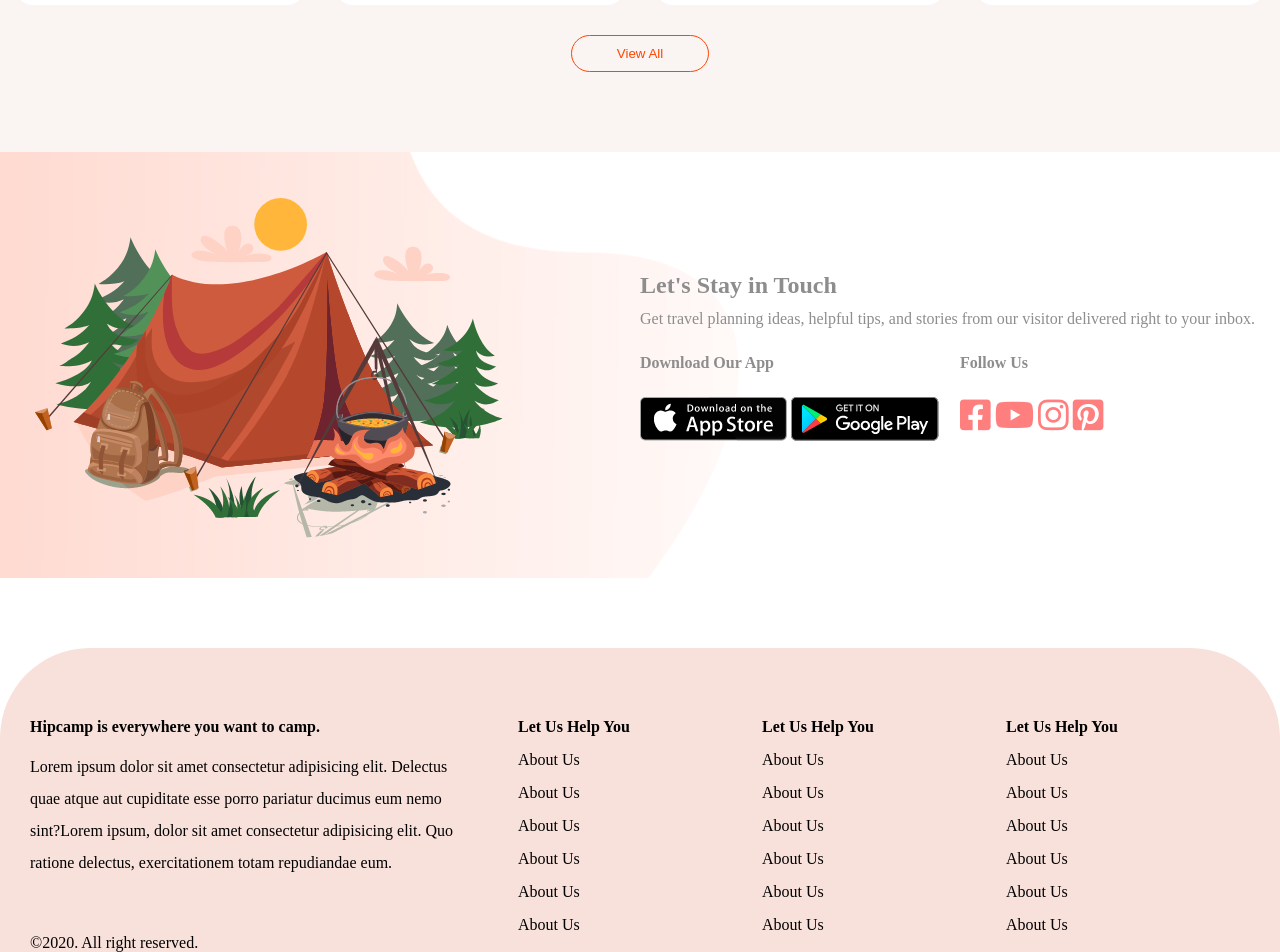
Repository: giahuy405/BC38_Camping_Pham_Gia_Huy
Page: index.html
The author's editor kept a copy of each file at every save. The page is drawn from the files as they stood at one save, then again after the next save.
The browser window is 1280 px wide. The pictures show the part of the page from y = 1283 to 2235 px (the page is 2235 px tall).

Above is the page before, as saved 2022-09-13 19:54:49.

### index.html
<!DOCTYPE html>
<html lang="en">
<head>
    <meta charset="UTF-8">
    <meta http-equiv="X-UA-Compatible" content="IE=edge">
    <meta name="viewport" content="width=device-width, initial-scale=1.0">
    <title>Document</title>
    <link rel="stylesheet" href="https://cdnjs.cloudflare.com/ajax/libs/font-awesome/6.2.0/css/all.min.css" integrity="sha512-xh6O/CkQoPOWDdYTDqeRdPCVd1SpvCA9XXcUnZS2FmJNp1coAFzvtCN9BmamE+4aHK8yyUHUSCcJHgXloTyT2A==" crossorigin="anonymous" referrerpolicy="no-referrer" />
    <link rel="stylesheet" href="./css/index.css">
</head>
<body>
    <header>
       <div class="header__items">
            <img src="./img/logoicon.png" alt="">
            <nav>
                <ul>
                    <li><a href="#">Home</a></li>
                    <li><a href="#">Services</a></li>
                    <li><a href="#">Destination</a></li>
                    <li><a href="#">Events</a></li>
                    <li><a href="#">Gallery</a></li>
                    <li><a href="#">Contact us</a></li>
                </ul>
            </nav>
       </div>
    </header>
    <section class="carousel">
        <img src="./img/BG.png" alt="">
    </section>
    <section class="service">
        <img src="./img/Group 313.png" alt="">
        <h1>Explore Destination & Activities</h1>
        <div class="service__cards">
            <div class="service__card">
                <div class="service__item">
                    <img src="./img/product1.png" alt="">
                    <h3>Trickle Creek Ranch</h3>
                    <p>Book unique camping experiences on over 300,000 campsites</p>
                    <button>Read More</button>
                </div>
                <div class="service__heart">
                    <i class="fa fa-heart"></i>
                </div>
            </div>
            <div class="service__card">
                <div class="service__item">
                    <img src="./img/product4.png" alt="">
                    <h3>Trickle Creek Ranch</h3>
                    <p>Book unique camping experiences on over 300,000 campsites</p>
                    <button>Read More</button>
                </div>
                <div class="service__heart">
                    <i class="fa fa-heart"></i>
                </div>
            </div>
            <div class="service__card">
                <div class="service__item">
                    <img src="./img/product5.png" alt="">
                    <h3>Trickle Creek Ranch</h3>
                    <p>Book unique camping experiences on over 300,000 campsites</p>
                    <button>Read More</button>
                </div>
                <div class="service__heart">
                    <i class="fa fa-heart"></i>
                </div>
            </div>
            <div class="service__card">
                <div class="service__item">
                    <img src="./img/product1.png" alt="">
                    <h3>Trickle Creek Ranch</h3>
                    <p>Book unique camping experiences on over 300,000 campsites</p>
                    <button>Read More</button>
                </div>
                <div class="service__heart">
                    <i class="fa fa-heart"></i>
                </div>
            </div>
            <div class="clear"></div>
        </div>
        <button class="service__final-button">View All</button>
    </section>
    <div class="contact">
        <div class="contact__items contact__background">
            <img src="./img/homeicon.png" alt="">
        </div>
        <div class="contact__items contact__content">
            <h2>Let's Stay in Touch</h2>
            <p>Get travel planning ideas, helpful tips, and stories from our visitor delivered right to your inbox.</p>
            <div class="content__item">
                <h4>Download Our App</h4>
                <a href="https://www.youtube.com/" target="_blank"><img src="./img/download-on-the-app-store-apple-1.png" alt=""></a>
                <a href="https://www.youtube.com/" target="_blank"> <img src="./img/google-play-badge-1.png" alt=""></a>
            </div>
            <div class="content__item">
                <h4>Follow Us</h4>
                <ul>
                    <li><i class="fab fa-facebook-square"></i></li>
                    <li><i class="fab fa-youtube"></i></li>
                    <li><i class="fab fa-instagram"></i></li>
                    <li><i class="fab fa-pinterest-square"></i></li>
                </ul>
            </div>
            <div class="clear"></div>
        </div>
        <div class="clear"></div>
    </div>
    <footer>
        <div class="footer__item">
            <h4>Hipcamp is everywhere you want to camp.</h4>
            <p>Lorem ipsum dolor sit amet consectetur adipisicing elit. Delectus quae atque aut cupiditate esse porro pariatur ducimus eum nemo sint?Lorem ipsum, dolor sit amet consectetur adipisicing elit. Quo ratione delectus, exercitationem totam repudiandae eum.</p>
        </div>
        <div class="footer__item">
            <h4>Let Us Help You</h4>
            <ul>
                <li><a href="#">About Us</a></li>
                <li><a href="#">About Us</a></li>
                <li><a href="#">About Us</a></li>
                <li><a href="#">About Us</a></li>
                <li><a href="#">About Us</a></li>
                <li><a href="#">About Us</a></li>
            </ul>
        </div>
        <div class="footer__item">
            <h4>Let Us Help You</h4>
            <ul>
                <li><a href="#">About Us</a></li>
                <li><a href="#">About Us</a></li>
                <li><a href="#">About Us</a></li>
                <li><a href="#">About Us</a></li>
                <li><a href="#">About Us</a></li>
                <li><a href="#">About Us</a></li>
            </ul>
        </div>
        <div class="footer__item">
            <h4>Let Us Help You</h4>
            <ul>
                <li><a href="#">About Us</a></li>
                <li><a href="#">About Us</a></li>
                <li><a href="#">About Us</a></li>
                <li><a href="#">About Us</a></li>
                <li><a href="#">About Us</a></li>
                <li><a href="#">About Us</a></li>
            </ul>
        </div>
        <div class="clear"></div>
        <p>©2020. All right reserved.</p>
    </footer>
</body>
</html>

### css/index.css
*{
    padding: 0;
    margin: 0;
    box-sizing: border-box;
}
.header__items{
    width: 90%;
    margin: 0 auto;
}
header{
    background-color: #f8e1db;
}
nav{
    margin-top: 10px;
    padding-bottom: 10px;
}
nav ul{
    list-style: none;
}
nav li{
    display: inline;
    margin-right:30px;
}
nav a{
    text-decoration: none;
    color: #43403c;
}
nav a:hover{
    color: rgb(160, 5, 5);
}
.clear{
    clear: both;
}
.carousel img{
    height: 600px;
    width: 100%;
}
.service{
    text-align: center;
    padding-top: 70px;
    background-color: #faf4f2;
  padding-bottom: 80px;
}
.service > h1{
    color: #8d8d8d;
    margin-bottom: 30px;
}
.service__cards{
    width: 100%;

}
.service__card{
    float: left;
    width: 25%;
    padding: 0 15px;
    position: relative;
}
.service__item{
    background-color: white;
    border-radius: 18px;
    padding: 30px 30px;

}
.service__item img{
    border-radius: 25px;
    width: 100%;
}
.service__heart{
    position: absolute;
    top: 47px;
    right: 63px;
    width: 40px;
    height: 40px;
    line-height: 40px;
    color: rgba(255, 0, 0, 0.555);
    background-color: rgba(255, 255, 255, 0.651);
    border-radius: 10px;
}
.service__item h3{
    line-height: 3;
    color: #3a3735;
}
.service__item p{
    color: gray;
}
.service__card button{
    padding: 10px 45px;
    background-color: #e8e8e8;
    color: #8d8d8d;
    border-radius: 20px;
    border: none;
    margin-top: 30px;
    cursor: pointer;
}
.service__card button:hover{
    background-color: #7e7e7e;
    color: white;
}
.service__final-button{
    padding: 10px 45px;
    background-color: transparent;
    color: orangered;
    border-radius: 20px;
    border: 1px solid orangered;
    margin-top: 30px;
    cursor: pointer;
}
.service__final-button:hover{
    background-color: #3a3735;
    color: white;
}

.contact{
    background-image: url(../img/mask.png);
    background-position: center;
    background-repeat: no-repeat;
    background-size: cover;
    margin-bottom: 70px;
}

.contact__items{
    float: left;
    width: 50%;
}
.contact__background{
    padding: 35px;
}
.contact__content{
    padding-top:120px;
}
.contact__content{
    color: #8d8d8d;
}
.contact__content p{
    line-height: 2.5;
    margin-bottom: 15px;
}
.content__item{
    float: left;
    width: 50%;
}
.content__item ul{
    list-style: none;
}
.content__item li{
    display: inline;

}
.content__item i{
    color: rgba(255, 0, 0, 0.507);
    font-size: 35px;
    cursor: pointer;
}
.content__item i:hover{
    color: red;
}
.content__item h4{
    margin-bottom: 25px;
}

footer{
    background-color: #f8e1db;
    padding-top: 70px;
    border-top-left-radius: 90px;
    border-top-right-radius:90px;
    padding-left: 30px;
    padding-right: 30px;
}
.footer__item{
    float: left;
    width: 20%;
}
.footer__item:nth-child(1){
    float: left;
    width: 40%;
    padding-right: 50px;
}
.footer__item ul{
    list-style: none;
}
.footer__item a{
    text-decoration: none;
    color: black;
}
.footer__item a:hover{
    color: red;
}
.footer__item p{
    margin-top: 15px;
    line-height: 2;
}
.footer__item li{

    margin-top: 15px;
}

After the next save:
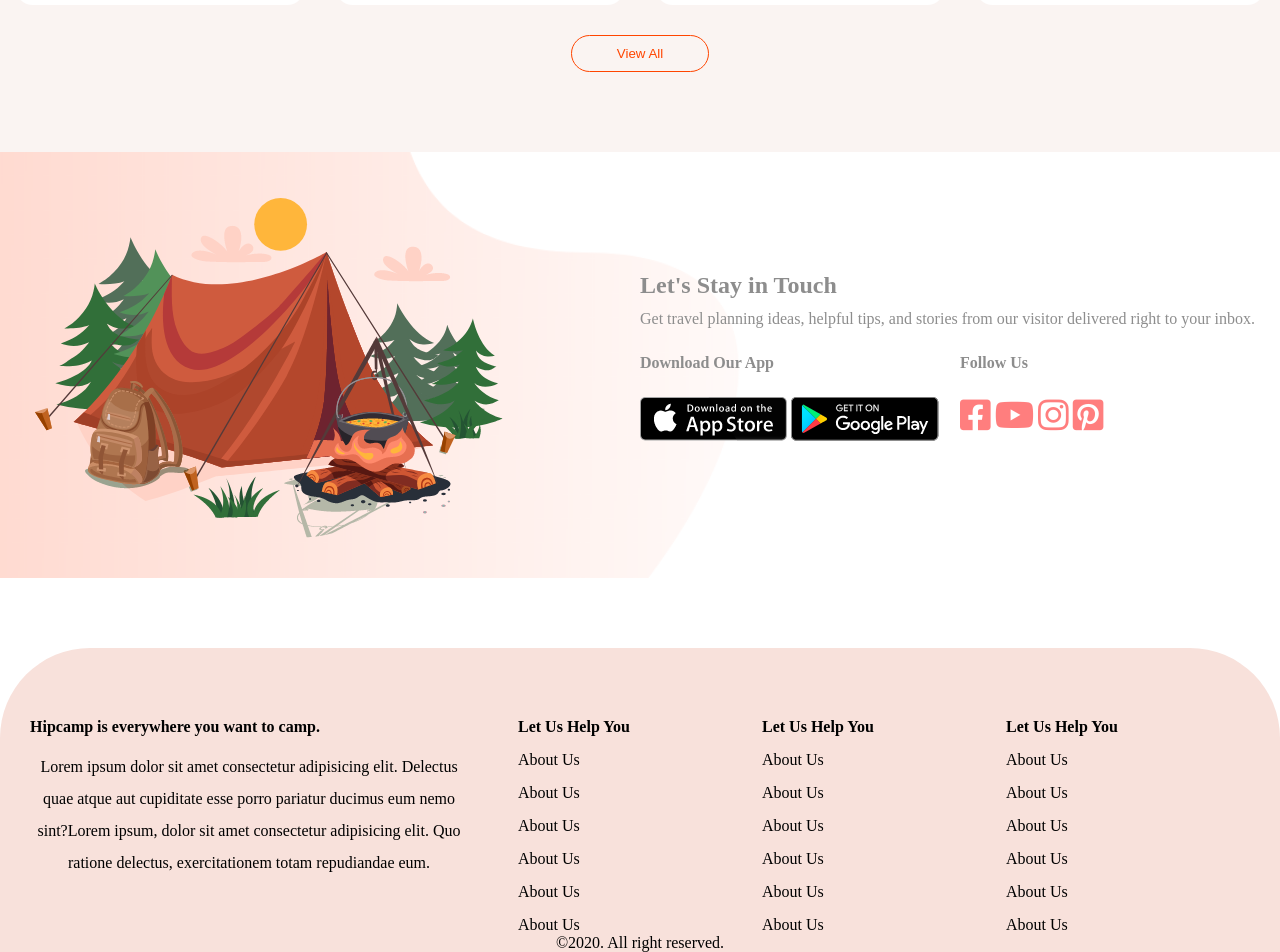
Saved 17 s later.
--- a/css/index.css
+++ b/css/index.css
@@ -193,3 +193,6 @@
 
     margin-top: 15px;
 }
+footer p:last-of-type{
+    text-align: center;
+}
